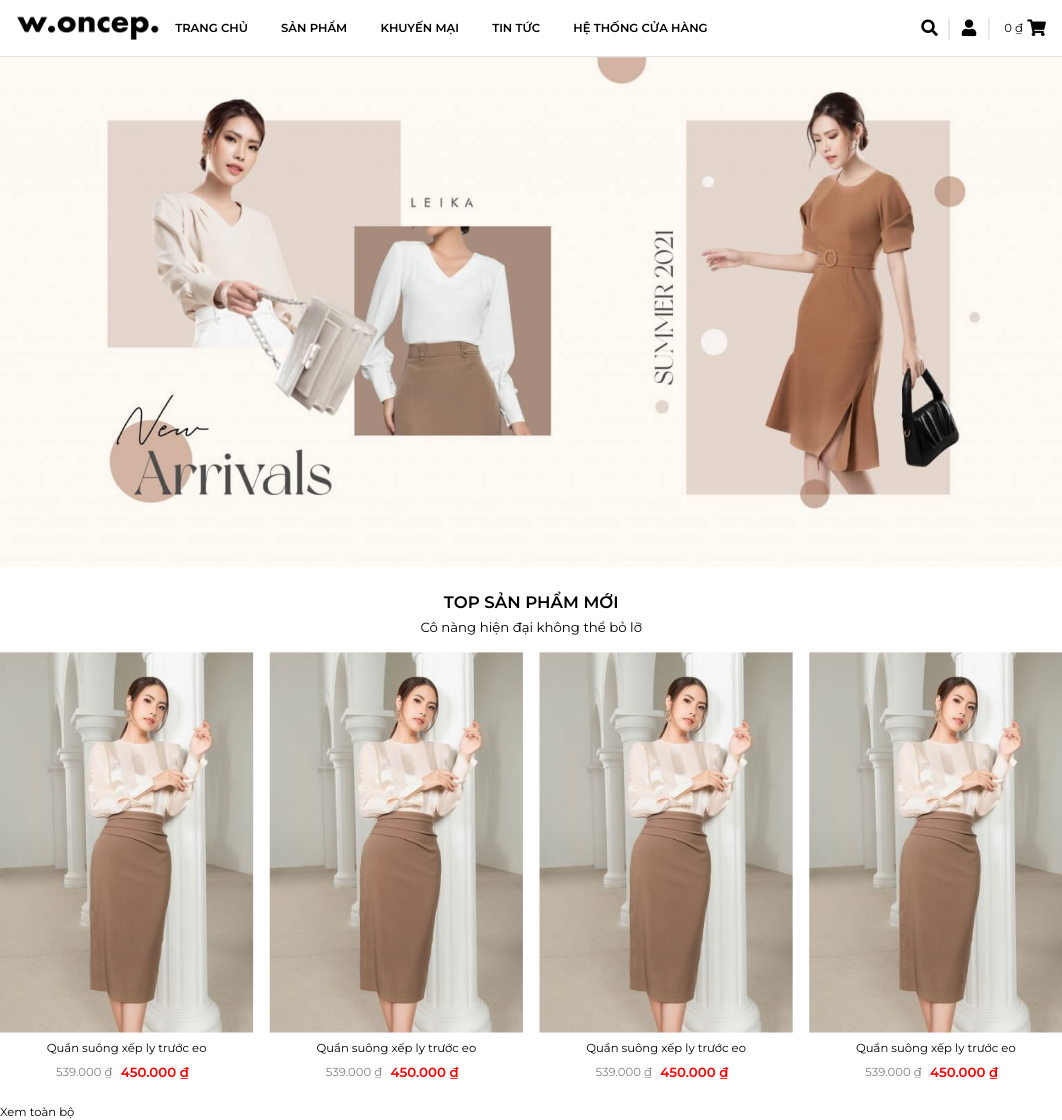
Repository: Nguyenductuan-dev/bt_j2team
Page: index.html
An editor plug-in stored every save of this project. The page is shown before and after a run of saves, followed by the edit.
The browser window is 1280 px wide. The pictures show the whole page, at 83% of full size.

Above is the page before, as saved 2021-12-12 15:03:00.

### index.html
<!DOCTYPE html>
<html lang="en">
<head>
    <meta charset="UTF-8">
    <meta http-equiv="X-UA-Compatible" content="IE=edge">
    <meta name="viewport" content="width=device-width, initial-scale=1.0">
    <link rel="stylesheet" href="css/style.css">
    <link rel="stylesheet" href="./fonts/fontawesome-free-5.15.3-web/css/all.min.css">

    <link rel="preconnect" href="https://fonts.googleapis.com">
    <link rel="preconnect" href="https://fonts.gstatic.com" crossorigin>
    <link href="https://fonts.googleapis.com/css2?family=Montserrat:ital,wght@0,200;0,300;0,400;0,500;0,600;0,700;1,600&display=swap" rel="stylesheet">
    <title>Document</title>
</head>
<body>

    <div class="wrapper">

        <!-- HEADER -->
        <div class="header">

            <div class="header__logo">
                <a class="header__logo_link" href="">
                    <img class="header__logo_img" src="./images/logo.png" alt="">
                </a>
            </div>

            <nav class="header__navbar">
                <ul class="header__navbar_list">
                    <li class="header__navbar_item">
                        <a href="" class="header__navbar_link">Trang chủ</a>
                    </li>
                    <li class="header__navbar_item">
                        <a href="" class="header__navbar_link">Sản phẩm</a>
                    </li>
                    <li class="header__navbar_item">
                        <a href="" class="header__navbar_link">Khuyến mại</a>
                    </li>
                    <li class="header__navbar_item">
                        <a href="" class="header__navbar_link">Tin tức</a>
                    </li>
                    <li class="header__navbar_item">
                        <a href="" class="header__navbar_link">hệ thống cửa hàng</a>
                    </li>
                </ul>
            </nav>

            <div class="header__right">
                <div class="header__search">
                    <i class="fas fa-search header__search-icon"></i>
                </div>

                <div class="header__user">
                    <i class="fas fa-user header__user-icon"></i>
                </div>

                <div class="header__cart">
                    <div class="header__cart_price">
                        0 ₫
                    </div>
                    <div class="header__cart">
                        <i class="fas fa-shopping-cart header__cart_icon"></i>
                    </div>
                </div>
            </div>

        </div>

        <!-- CONTAINER -->
        <div class="container">

            <div class="banner">
                <div class="banner__link">
                    <img src="./images/banner.jpg" alt="" class="banner__img">
                </div>
            </div>

            <div class="home__product">
                <div class="home__product-heading">
                    <h3 class="home__product-heading-title">
                        TOP SẢN PHẨM MỚI
                    </h3>
                    <p class="home__product-heading-description">
                        Cô nàng hiện đại không thể bỏ lỡ
                    </p>
                </div>
                <div class="home__product-list">
                    <div class="home__product-item">
                        <a href="" class="home__product-item__link">
                            <img src="./images/product1.jpg" alt="" class="home__product-item__img">
                        </a>

                        <a href="">
                            <h3 class="home__product-item__title">
                                Quần suông xếp ly trước eo
                            </h3>
                        </a>
                        <div class="home__product-item__price">
                            <span class="home-product-item__price-old">539.000 ₫</span>
                            <span class="home-product-item__price-current">450.000 ₫</span>
                        </div>

                    </div>
                    <div class="home__product-item">
                        <a href="" class="home__product-item__link">
                            <img src="./images/product1.jpg" alt="" class="home__product-item__img">
                        </a>

                        <a href="">
                            <h3 class="home__product-item__title">
                                Quần suông xếp ly trước eo
                            </h3>
                        </a>
                        <div class="home__product-item__price">
                            <span class="home-product-item__price-old">539.000 ₫</span>
                            <span class="home-product-item__price-current">450.000 ₫</span>
                        </div>

                    </div>
                    <div class="home__product-item">
                        <a href="" class="home__product-item__link">
                            <img src="./images/product1.jpg" alt="" class="home__product-item__img">
                        </a>

                        <a href="">
                            <h3 class="home__product-item__title">
                                Quần suông xếp ly trước eo
                            </h3>
                        </a>
                        <div class="home__product-item__price">
                            <span class="home-product-item__price-old">539.000 ₫</span>
                            <span class="home-product-item__price-current">450.000 ₫</span>
                        </div>

                    </div>
                    <div class="home__product-item">
                        <a href="" class="home__product-item__link">
                            <img src="./images/product1.jpg" alt="" class="home__product-item__img">
                        </a>

                        <a href="">
                            <h3 class="home__product-item__title">
                                Quần suông xếp ly trước eo
                            </h3>
                        </a>
                        <div class="home__product-item__price">
                            <span class="home-product-item__price-old">539.000 ₫</span>
                            <span class="home-product-item__price-current">450.000 ₫</span>
                        </div>

                    </div>
                </div>

                <div class="home__product-total">
                    <a href="" class="home__product-total-link">Xem toàn bộ</a>
                </div>
            </div>

        </div>

    </div>

    <script src="javascript/main.js"></script>
</body>
</html>

### css/style.css
* {
    margin: 0;
    padding: 0;
    box-sizing: border-box;
    outline: 0;
}

img {
    display: block;
    max-width: 100%;
}

a {
    text-decoration: none;
    color: inherit;
}

h1, h2, h3, h4, h5, h6 {
    font-size: 14px;
    font-weight: 400;
}

p, ul {
    margin: 0;
    padding: 0;
}

body {
    font-family: "Montserrat", sans-serif;
    font-weight: 400;
    font-size: 14px;
}


.header {
    display: flex;
    justify-content: space-between;
    align-items: center;
    padding: 20px;
    flex-wrap: wrap;
    border-bottom: 1px solid #ccc;
}
.header__navbar {
    flex: 1;
}

.header__navbar_list {
    display: flex;
    list-style: none;
    font-size: 14px;
    text-transform: uppercase;
    font-weight: 600;
}
.header__navbar_item {
    padding: 0 20px;
}

.header__right {
    display: flex;
    justify-content: space-between;
    flex-wrap: wrap;
    width: 150px;
    align-items: center;
}

.header__search-icon,
.header__user-icon,
.header__cart_icon{
    font-size: 20px;
    font-weight: 300;
}
.header__cart {
    display: flex;
    justify-content: space-between;

}
.header__user {
    padding: 3px 15px;
    border-left: 1px solid #ccc;
    border-right: 1px solid #ccc;

}
.header__cart_price {
    padding: 0 5px;
    font-size: 14px;
}

/* CONTAINER */
.home__product {
    margin-top: 30px;
}
.home__product-heading {
    text-align: center;
}
.home__product-heading-title {
    font-size: 20px;
    font-weight: 600;
    text-transform: uppercase;
    margin-bottom: 10px;
}

.home__product-heading-description {
    font-size: 16px;
}

.home__product-list {
    margin-top:  20px;
    display: grid;
    grid-template-columns: 1fr 1fr 1fr 1fr;
    grid-gap: 20px;
}

.home__product-item__img {
    width: 100%;
    margin-bottom: 10px;
}
.home__product-item__title {
    font-size: 14px;
    text-align: center;
    margin-bottom: 10px;
}

.home__product-item__price {
    display: flex;
    justify-content: center;
}
.home-product-item__price-old {
    font-size: 14px;
    color: gray;
}
.home-product-item__price-current {
    font-size: 16px;
    color: red;
    font-weight: 600;
    padding: 0 10px;
}
.home__product-total {
    margin-top:30px;
}

Loaded but not shown: fonts/fontawesome-free-5.15.3-web/css/all.min.css (library); javascript/main.js (no stored copy; drawn as an empty file)

After the next 2 saves:
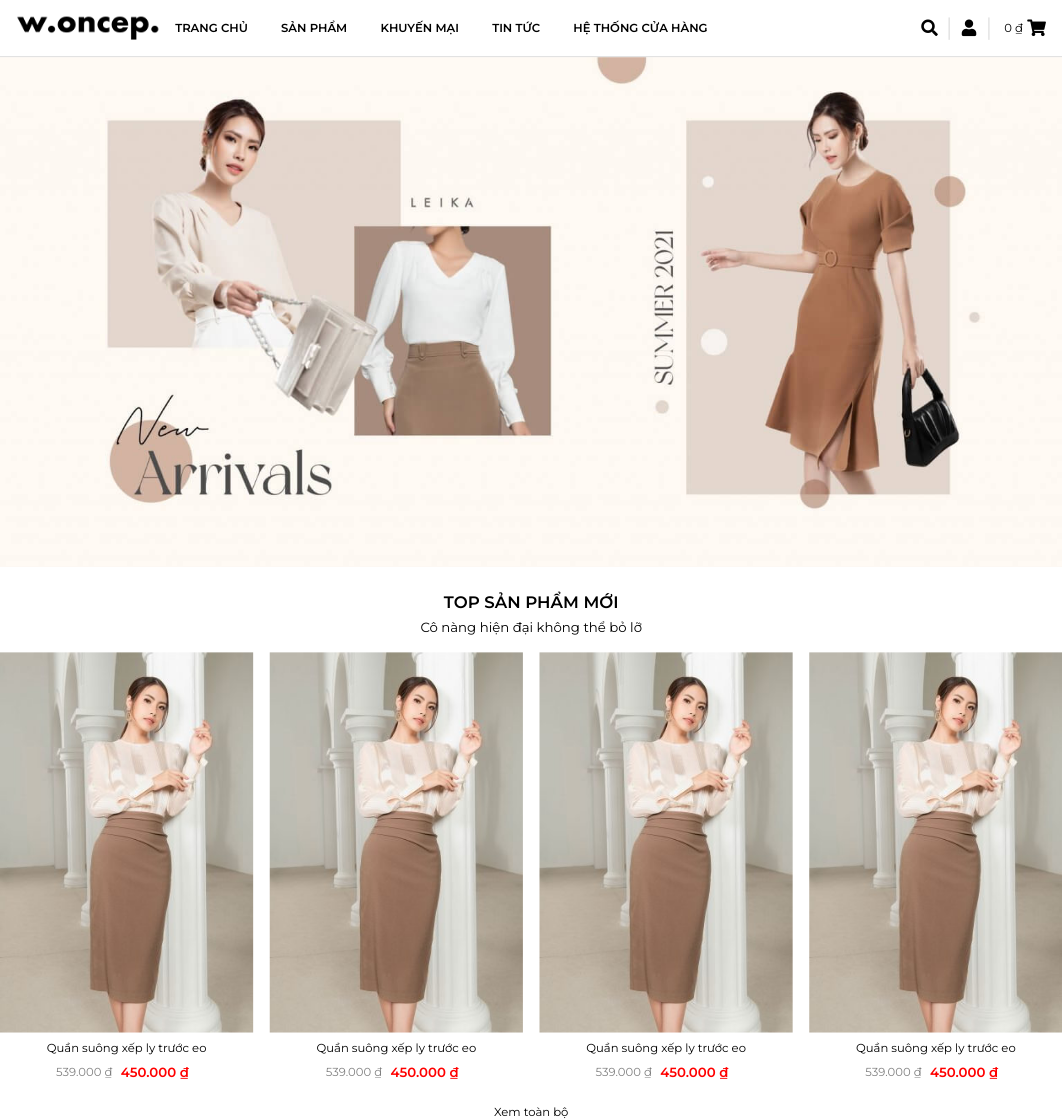
The 2 saves are shown as one change because they came seconds apart.
The last was saved 12 s later.
--- a/css/style.css
+++ b/css/style.css
@@ -135,5 +135,6 @@
     padding: 0 10px;
 }
 .home__product-total {
-    margin-top:30px;
+    margin-top: 30px;
+    text-align: center;
 }
